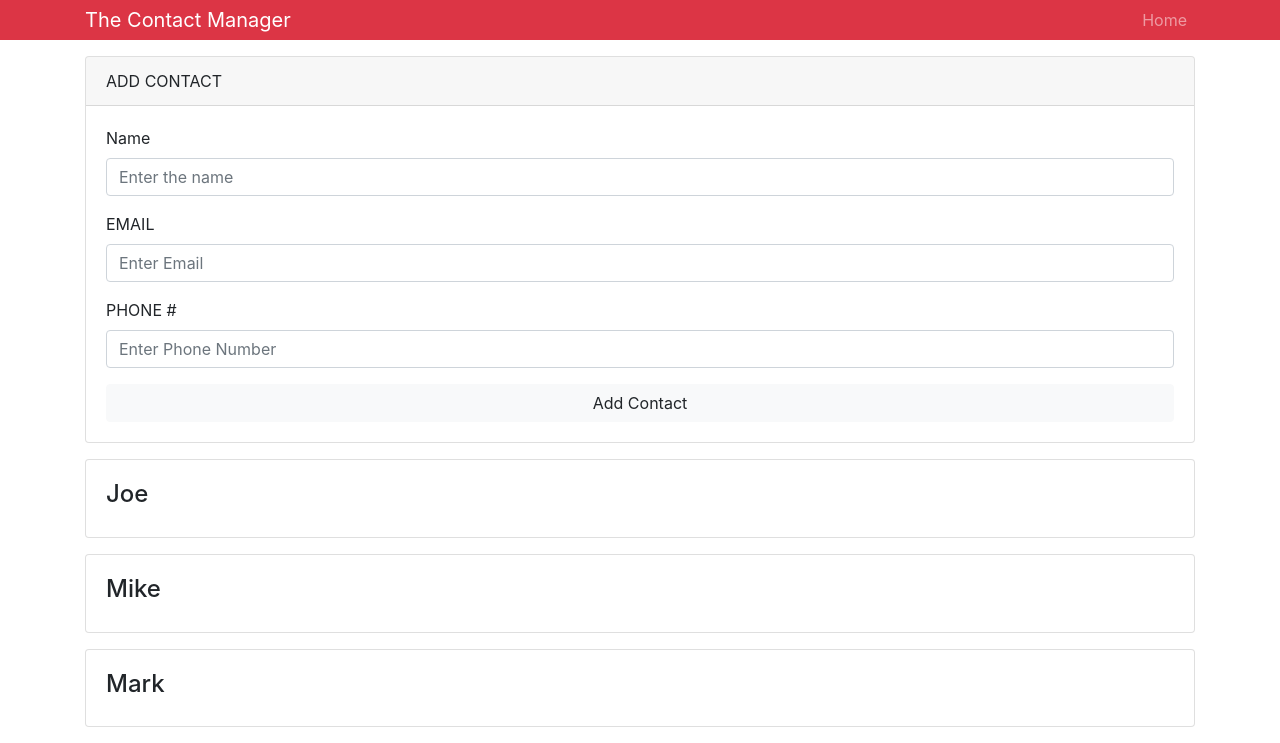
Repository: MikeTroianello/Contact-Manager
Page: /
These files come from the project's save history. The page is drawn as it stood at one moment and after a run of saves; the edit follows.
The browser window is 1280 px wide. The pictures show the whole page.
The project was rebuilt for these pictures with package versions that can differ from the ones it lists, and the page was loaded fresh each time. Also part of the build but not shown: src/App.css.

Above is the page before, as saved 2019-05-21 16:36:48.

After the next 7 saves:
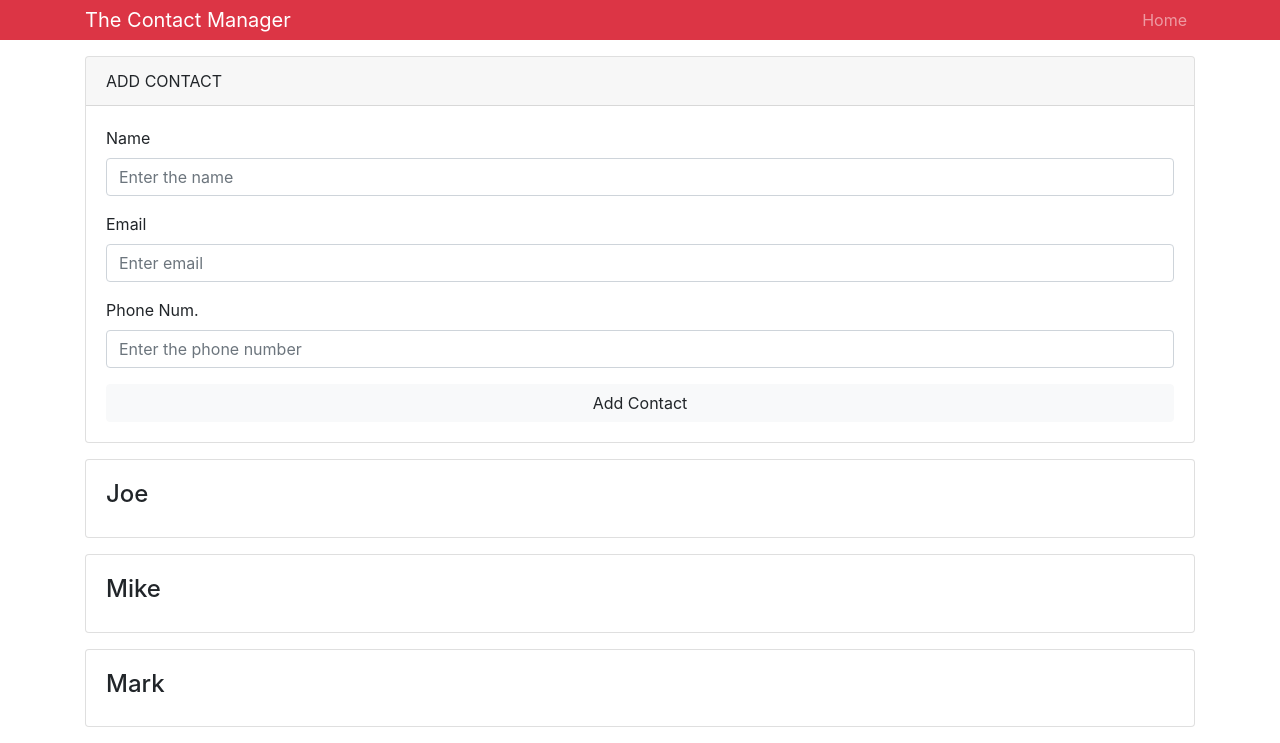
The 7 saves are shown as one change because 5 did not build or start and some came seconds apart.
The last was saved 3 min 29 s later.
--- a/src/components/contacts/AddContact.js
+++ b/src/components/contacts/AddContact.js
@@ -56,28 +56,23 @@ class AddContact extends Component {
                     onChange={this.onChange}
                   />
 
-                  <div className="form-group">
-                    <label htmlFor="email">EMAIL</label>
-                    <input
-                      type="email"
-                      name="email"
-                      className="form-control lg"
-                      placeholder="Enter Email"
-                      value={email}
-                      onChange={this.onChange}
-                    />
-                  </div>
-                  <div className="form-group">
-                    <label htmlFor="phone">PHONE #</label>
-                    <input
-                      type="text"
-                      name="phone"
-                      className="form-control lg"
-                      placeholder="Enter Phone Number"
-                      value={phone}
-                      onChange={this.onChange}
-                    />
-                  </div>
+                  <TextInputGroup
+                    label="Email"
+                    name="email"
+                    type="email"
+                    placeholder="Enter email"
+                    value={email}
+                    onChange={this.onChange}
+                  />
+
+                  <TextInputGroup
+                    label="Phone Num."
+                    name="phone"
+                    placeholder="Enter the phone number"
+                    value={phone}
+                    onChange={this.onChange}
+                  />
+
                   <input
                     type="submit"
                     value="Add Contact"
